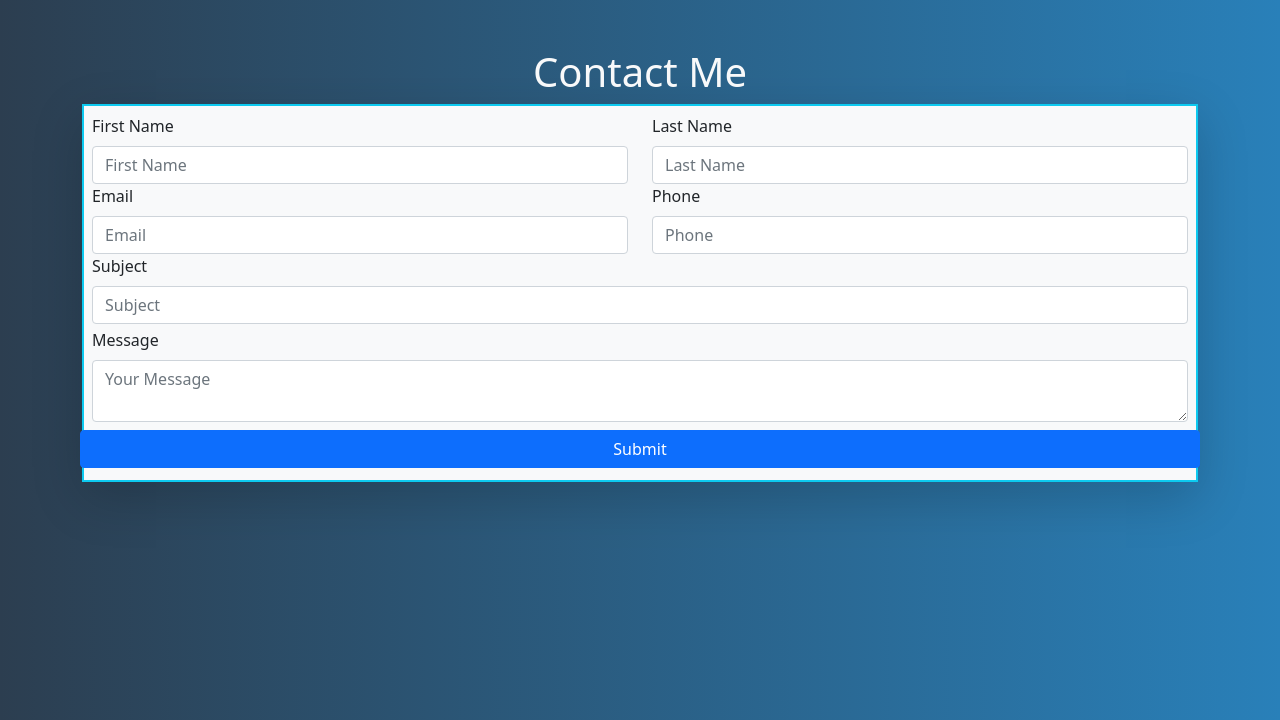
Repository: norman0286/formContactMe
Page: contactForm.html
An editor plug-in stored every save of this project. The page is shown before and after the next save, followed by the edit.
The browser window is 1280 px wide. The pictures show the whole page.

Above is the page before, as saved 2023-04-20 09:16:05.

After the next save:
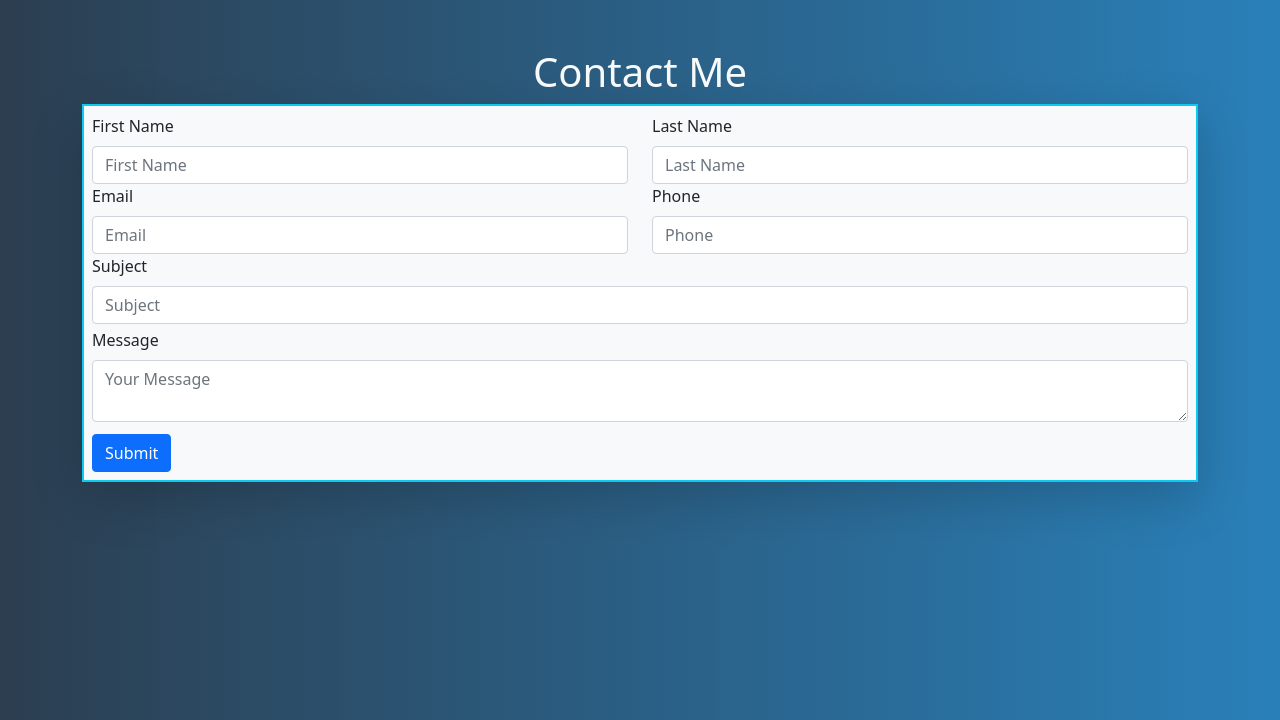
Saved 2 min 4 s later.
--- a/contactForm.html
+++ b/contactForm.html
@@ -96,8 +96,8 @@
                 required
               ></textarea>
             </div>
-            <button type="submit" class="btn btn-primary mt-2">Submit</button>
           </div>
+          <button type="submit" class="btn btn-primary mt-2">Submit</button>
         </form>
       </div>
     </div>
